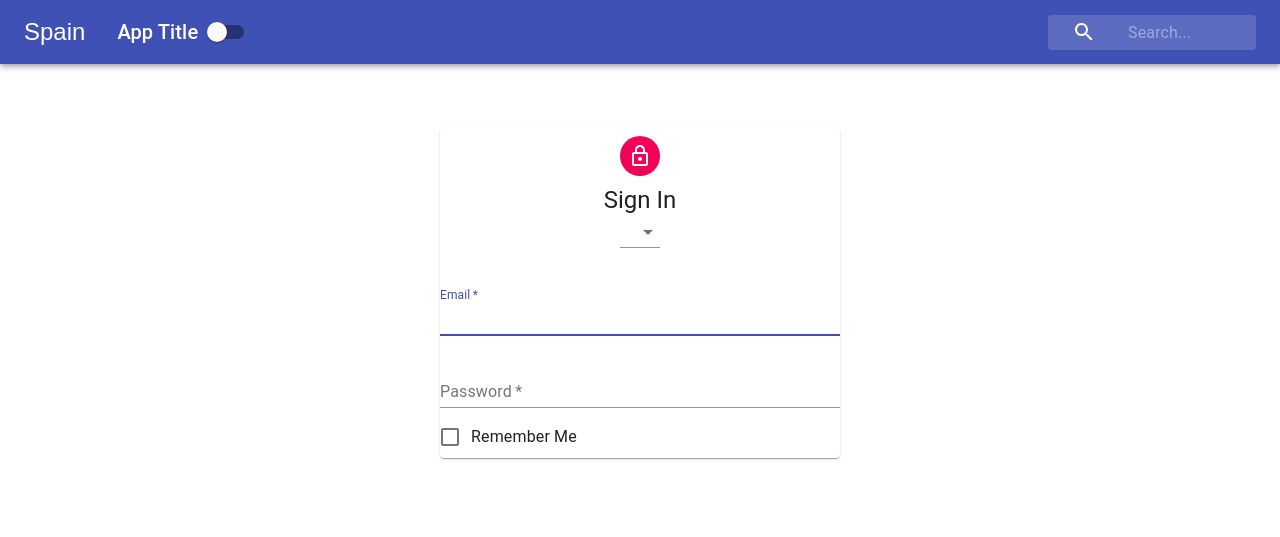
Repository: zhapar/context
Page: /
An editor plug-in stored every save of this project. The page is shown before and after the next save, followed by the edit.
The browser window is 1280 px wide. The pictures show the whole page.
The project was rebuilt for these pictures with package versions that can differ from the ones it lists, and the page was loaded fresh each time.

Above is the page before, as saved 2020-09-29 08:29:40.

### src/App.js
import React from "react";
import Navbar from "./Navbar";
import Form from "./Form";

function App() {
  return (
    <>
      <Navbar />
      <Form />
    </>
  );
}

export default App;

### src/Navbar.js
import React, { Component } from "react";
import AppBar from "@material-ui/core/AppBar";
import Toolbar from "@material-ui/core/Toolbar";
import IconButton from "@material-ui/core/IconButton";
import Typography from "@material-ui/core/Typography";
import InputBase from "@material-ui/core/InputBase";
import SearchIcon from "@material-ui/icons/Search";
import Switch from "@material-ui/core/Switch";
import { withStyles } from "@material-ui/core/styles";
import styles from "./styles/NavBarStyles";

class Navbar extends Component {
  render() {
    const { classes } = this.props;
    return (
      <div className={classes.root}>
        <AppBar position="static" color="primary">
          <Toolbar>
            <IconButton className={classes.menuButton} color="inherit">
              <span>Spain</span>
            </IconButton>
            <Typography className={classes.title} variant="h6" color="inherit">
              App Title
            </Typography>
            <Switch />
            <div className={classes.grow}></div>
            <div className={classes.search}>
              <div className={classes.searchIcon}>
                <SearchIcon />
              </div>
              <InputBase
                placeholder="Search..."
                classes={{
                  root: classes.inputRoot,
                  input: classes.inputInput,
                }}
              />
            </div>
          </Toolbar>
        </AppBar>
      </div>
    );
  }
}

export default withStyles(styles)(Navbar);

### src/Form.js
import React, { Component } from "react";
import Avatar from "@material-ui/core/Avatar";
import Button from "@material-ui/core/Button";
import CssBaseline from "@material-ui/core/CssBaseline";
import FormControl from "@material-ui/core/FormControl";
import FormControlLabel from "@material-ui/core/FormControlLabel";
import Checkbox from "@material-ui/core/Checkbox";
import Input from "@material-ui/core/Input";
import InputLabel from "@material-ui/core/InputLabel";
import LockOutlinedIcon from "@material-ui/icons/LockOutlined";
import Paper from "@material-ui/core/Paper";
import Typography from "@material-ui/core/Typography";
import MenuItem from "@material-ui/core/MenuItem";
import Select from "@material-ui/core/Select";
import withStyles from "@material-ui/core/styles/withStyles";
import styles from "./styles/FormStyles";

class Form extends Component {
  render() {
    const { classes } = this.props;
    return (
      <main className={classes.main}>
        <Paper className={classes.paper}>
          <Avatar className={classes.avatar}>
            <LockOutlinedIcon />
          </Avatar>
          <Typography variant="h5">Sign In</Typography>
          <Select>
            <MenuItem>English</MenuItem>
            <MenuItem>French</MenuItem>
            <MenuItem>Spanish</MenuItem>
          </Select>
          <form className={classes.form}>
            <FormControl margin="normal" required fullWidth>
              <InputLabel htmlFor="email">Email</InputLabel>
              <Input id="email" name="email" autoFocus />
            </FormControl>
            <FormControl margin="normal" required fullWidth>
              <InputLabel htmlFor="password">Password</InputLabel>
              <Input id="password" name="password" />
            </FormControl>
            <FormControlLabel
              control={<Checkbox color="primary" />}
              label="Remember Me"
            />
          </form>
        </Paper>
      </main>
    );
  }
}

export default withStyles(styles)(Form);

### src/styles/NavBarStyles.js
import { fade } from "@material-ui/core/styles/colorManipulator";

const styles = (theme) => ({
  root: {
    width: "100%",
    marginBottom: 0,
  },
  grow: {
    flexGrow: 1,
  },
  menuButton: {
    marginLeft: "-12px",
    marginRight: "20px",
  },
  title: {
    display: "none",
    [theme.breakpoints.up("sm")]: {
      display: "block",
    },
  },
  search: {
    position: "relative",
    borderRadius: theme.shape.borderRadius,
    backgroundColor: fade(theme.palette.common.white, 0.15),
    "&:hover": {
      backgroundColor: fade(theme.palette.common.white, 0.25),
    },
    marginLeft: 0,
    width: "100%",
    [theme.breakpoints.up("sm")]: {
      marginLeft: theme.spacing.unit,
      width: "auto",
    },
  },
  searchIcon: {
    width: theme.spacing.unit * 9,
    height: "100%",
    position: "absolute",
    display: "flex",
    alignItems: "center",
    justifyContent: "center",
  },
  inputRoot: {
    color: "inherit",
    width: "100%",
  },
  inputInput: {
    paddingTop: theme.spacing.unit,
    paddingRight: theme.spacing.unit,
    paddingBottom: theme.spacing.unit,
    paddingLeft: theme.spacing.unit * 10,
    transition: theme.transitions.create("width"),
    width: "100%",
    [theme.breakpoints.up("sm")]: {
      width: "120px",
      "&:focus": {
        width: "200px",
      },
    },
  },
});

export default styles;

### src/styles/FormStyles.js
const styles = (theme) => ({
  main: {
    width: "auto",
    display: "block",
    marginLeft: theme.spacing.unit * 3,
    marginRight: theme.spacing.unit * 3,
    [theme.breakpoints.up("md")]: {
      width: 400,
      marginLeft: "auto",
      marginRight: "auto",
    },
  },
  paper: {
    marginTop: theme.spacing.unit * 8,
    display: "flex",
    flexDirection: "column",
    alignItems: "center",
  },
  avatar: {
    margin: theme.spacing.unit,
    backgroundColor: theme.palette.secondary.main,
  },
  form: {
    width: "100%",
    marginTop: theme.spacing.unit * 3,
  },
});

export default styles;

Loaded but not shown: public/index.html (common file); src/index.js (common file); src/index.css (common file); src/serviceWorker.js (common file)

After the next save:
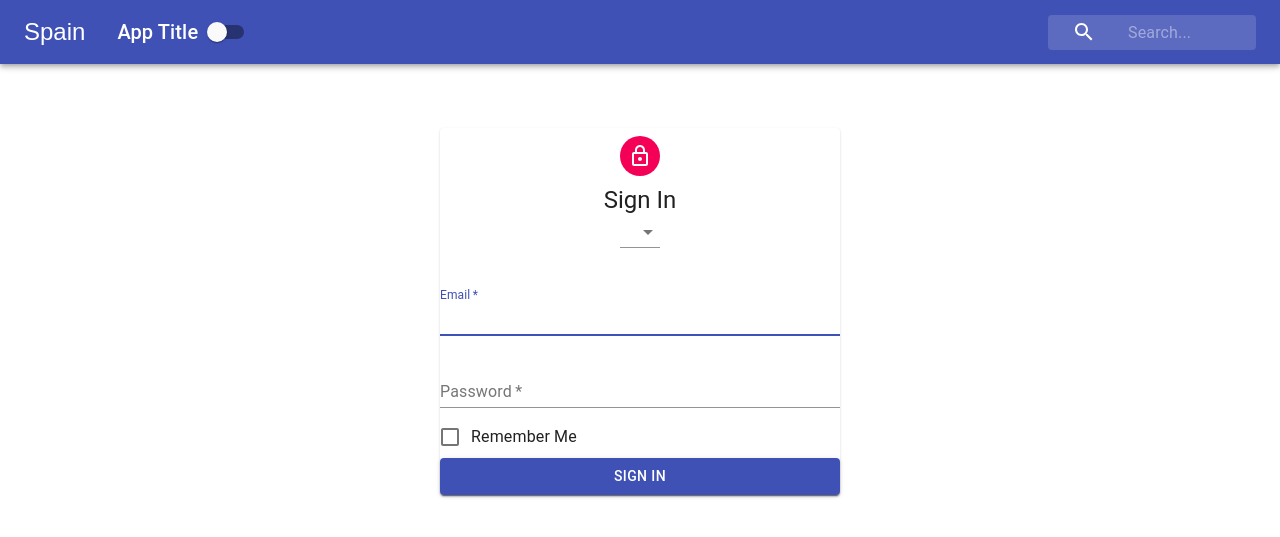
Saved 115 s later.
--- a/src/Form.js
+++ b/src/Form.js
@@ -43,6 +43,15 @@ class Form extends Component {
               control={<Checkbox color="primary" />}
               label="Remember Me"
             />
+            <Button
+              variant="contained"
+              type="submit"
+              fullWidth
+              color="primary"
+              className={classes.submit}
+            >
+              Sign In
+            </Button>
           </form>
         </Paper>
       </main>
